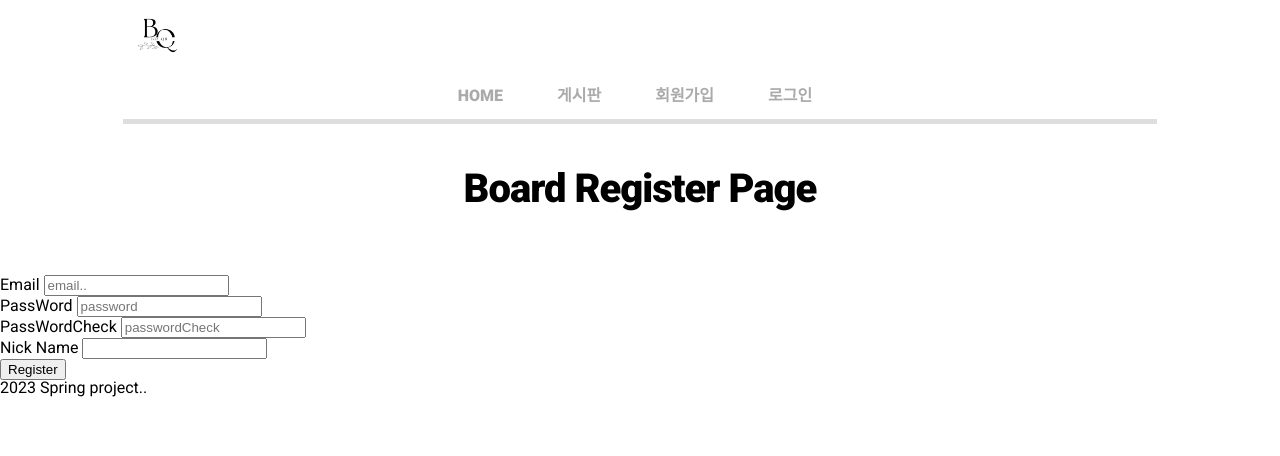
Repository: Skylee-1996/springSelf
Page: http://localhost/spring_test2/WEB-INF/views/member/register.jsp
The author's editor kept a copy of each file at every save. The page is drawn from the files as they stood at one save, then again after the next save.
The browser window is 1280 px wide. The pictures show the whole page.
The page is served by Tomcat 9. Nobody is signed in. The template is opened directly, without the code that normally fills it, so the values that code supplies are empty.

Above is the page before, as saved 2024-01-18 02:04:20.
Console error: TypeError: Cannot read properties of null (reading 'addEventListener')

After the next save:
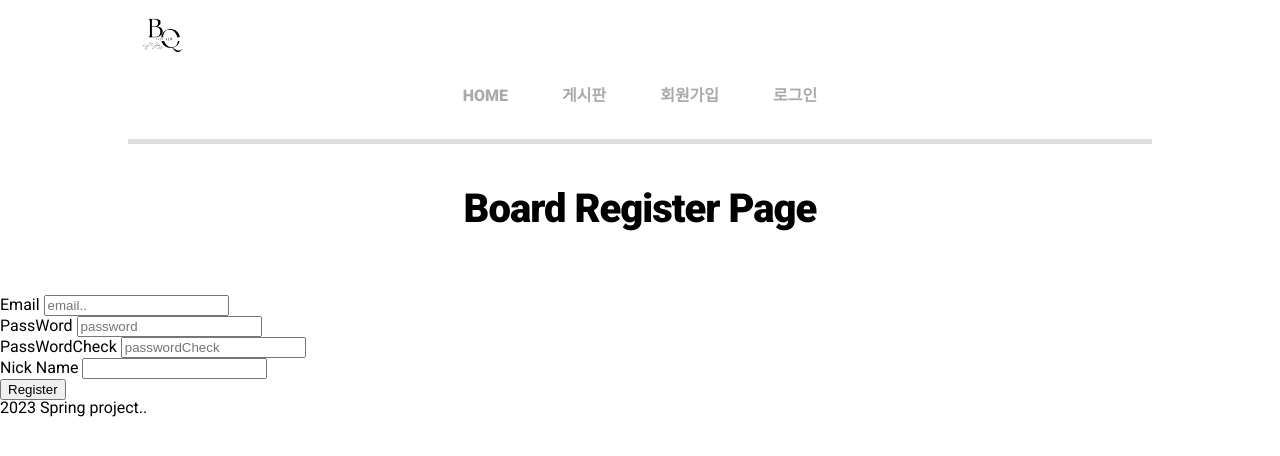
Saved 47 s later.
--- a/spring_test2/src/main/webapp/resources/css/nav.css
+++ b/spring_test2/src/main/webapp/resources/css/nav.css
@@ -47,7 +47,7 @@ nav {
   width: 80%;
   margin: 0 auto;
   background: #fff;
-  padding: 0px 10px 0px 0px;
+  padding: 0px 0px 20px 0px;
   box-shadow: 0px 5px 0px #dedede;
 }
 
